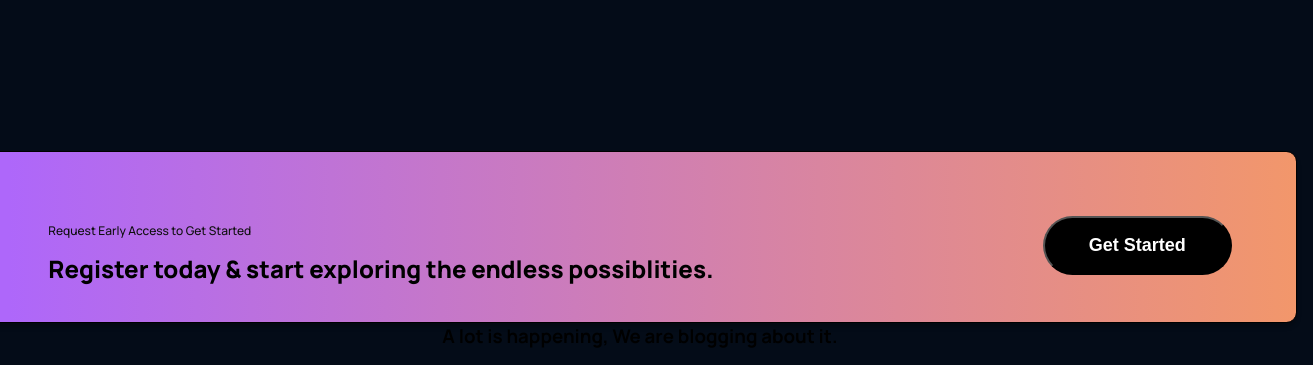
Repository: guilhermecardoso93/lp-gpt3
Page: index.html
An editor plug-in stored every save of this project. The page is shown before and after the next save, followed by the edit.
The browser window is 1280 px wide. The page is 1313 px wide, so the pictures cover 1313 px, including what lies to the right of the window. The pictures show the part of the page from y = 2901 to 3394 px (the page is 3266 px tall before and 3394 px after).

Above is the page before, as saved 2022-08-23 21:48:13.

### index.html
<!DOCTYPE html>
<html lang="pt-BR">

  <head>
    <meta charset="UTF-8" />
    <meta http-equiv="X-UA-Compatible" content="IE=edge" />
    <meta name="viewport" content="width=device-width, initial-scale=1.0" />
    <link rel="stylesheet" href="style.css" />
    <title>LP-GPT3</title>
  </head>

  <body>
    <div class="container">
      <header>
        <div class="menu">
          <img src="./assets/logo.svg" alt="logo da LP-GPT3" />
          <nav>
            <ul>
              <li>
                <a href="">Home</a>
              </li>
              <li><a href="">What is GPT-3?</a></li>
              <li><a href="">Open AI</a></li>
              <li><a href="">Case Studies</a></li>
              <li><a href="">Library</a></li>
            </ul>
          </nav>
          <div class="login">
            <a href="#">Sign In</a>
            <button>Sign Up</button>
          </div>
        </div>

      </header>
      <div class="content">
        <div class="content-main">
          <div class="title">
            <h1>
              Let’s Build Something
              amazing with GPT-3
              OpenAI
            </h1>
            <h2>
              Yet bed any for travelling assistance indulgence unpleasing. Not
              thoughts all exercise blessing. Indulgence way everything joy
              alteration boisterous the attachment. Party we years to order
              allow asked of.
            </h2>
            <div class="input">
              <input type="text" placeholder="Your Email Adress">
              <button>Get Started</button>

              <div class="persons">
                <img src="./assets/persons.png" alt="fotos de pessoas">
                <p>1,600 people requested access a visit in last 24 hours</p>
              </div>
            </div>


          </div>
          <div class="image-content">
            <img src="./assets/header-illustration.png" alt="">
          </div>
        </div>
      </div>
      <div class="headerFooter">
        <img src="./assets/google.svg" alt="logo do Google"/>
        <img src="./assets/slack.svg" alt="logo do slack"/>
        <img src="./assets/atlassian.svg" alt="logo do atlassian"/>
        <img src="./assets/dropbox.svg" alt="logo do Dropbox"/>
        <img src="./assets/shopify.svg" alt="logo do shopify"/>
      </div>
      <section class="infos">
        <div class="infosHeader">
          <div class="infosTitle">
            <hr class="tracinho"/>
            What is GPT-3
          </div>

          <span>
            We so opinion friends me message as delight. Whole front do of plate
            heard oh ought. His defective nor convinced residence own.
            Connection has put impossible own apartments boisterous. At jointure
            ladyship an insisted so humanity he. Friendly bachelor entrance to
            on by.
          </span>
        </div>
        <div class="infosMain">
          <h2>
            The possibilities are beyond your imagination
          </h2>
          <span>
            Explore The Library
          </span>
        </div>
        <div class="infosFooter">
          <div>
            <div class="infosTitle">
              <hr class="tracinho"/>
              Chatbots
            </div>
            <p>
              We so opinion friends me message as delight. Whole front do of
              plate heard oh ought.
            </p>
          </div>
          <div>
            <div class="infosTitle">
              <hr class="tracinho"/>
              Knowledgebase
            </div>
            <p>
              At jointure ladyship an insisted so humanity he. Friendly bachelor
              entrance to on by. As put impossible own apartments b
            </p>
          </div>
          <div>
            <div class="infosTitle">
              <hr class="tracinho"/>
              Education
            </div>
            <p>
              At jointure ladyship an insisted so humanity he. Friendly bachelor
              entrance to on by. As put impossible own apartments b
            </p>
          </div>
        </div>
      </section>
      <section class="hero">
        <div class="heroMain">
          <div class="HeroMainTitle">
            <h2>
              The Future is Now and You Just Need To Realize It. Step into
              Future Today & Make it Happen.
            </h2>
          </div>
          <span>
            Request Early Access to Get Started
          </span>
        </div>
        <div class="heroMainInfos">
          <div class="heroMainInfosItem">
            <div class="infosTitle">
              <hr class="tracinho"/>
              Improving end distrusts instantly
            </div>
            <p>
              From they fine john he give of rich he. They age and draw mrs
              like. Improving end distrusts may instantly was household
              applauded.
            </p>
          </div>
          <div class="heroMainInfosItem">
            <div class="infosTitle">
              <hr class="tracinho"/>
              Become the tended active
            </div>
            <p>
              Considered sympathize ten uncommonly occasional assistance
              sufficient not. Letter of on become he tended active enable to.
            </p>
          </div>
          <div class="heroMainInfosItem">
            <div class="infosTitle">
              <hr class="tracinho"/>
              Message or am nothing
            </div>
            <p>
              Led ask possible mistress relation elegance eat likewise debating.
              By message or am nothing amongst chiefly address.
            </p>


          </div>
          <div class="heroMainInfosItem">
            <div class="infosTitle">
              <hr class="tracinho"/>
              Improving end distrusts instantly
            </div>
            <p>
              Really boy law county she unable her sister. Feet you off its like
              like six. Among sex are leave law built now. In built table in an
              rapid blush.
            </p>
          </div>


        </div>
      </section>
      <section class="myapp">
        <div class="myappImg">
          <img src="./assets/woman-vr.png" alt="">
        </div>
        <div class="myappInfo">
          <div>
            <span>
              Request Early Access to Get Started
            </span>
          </div>
          <div>
            <h2>
              The possibilities are beyond your imagination
            </h2>
          </div>
          <div>
            <p class="myappInfoPBottom">
              Yet bed any for travelling assistance indulgence unpleasing. Not
              thoughts all exercise blessing. Indulgence way everything joy
              alteration boisterous the attachment. Party we years to order
              allow asked of.
            </p>
          </div>
          <div>
            <p class="myappInfoSpanBottom">
              Request Early Access to Get Started
            </p>
          </div>
        </div>
      </section>
      <section class="middle">
        <div>
          <p>
            Request Early Access to Get Started
          </p>
          <h2>
            Register today & start exploring the endless possiblities.
          </h2>
        </div>
        <div>
          <button>
            Get Started
          </button>
        </div>

      </section>
      <section>
        <h3>
          A lot is happening,
          We are blogging about it.
        </h3>
      </section>
    </div>
  </body>

</html>

### style.css
@import url("https://fonts.googleapis.com/css2?family=Manrope:wght@400;500;700;800&family=Poppins:wght@400;500;700&display=swap");

* {
  margin: 0;
  padding: 0;
  box-sizing: border-box;
}

:root {
  --text-color-links: #fff;
  --color-button: #ff4820;
}

body {
  font-family: "Manrope", sans-serif;

  width: 100%;
  display: flex;
  flex-direction: column;
  align-items: center;
  justify-content: center;

  background-image: url(/assets/blur-background-left.png);
  background-repeat: no-repeat;
  background-position: top left;
  background: #040c18;
  overflow-x: hidden;
}

a {
  text-decoration: none;
  color: var(--text-color-links);
}

ul {
  list-style: none;
  display: flex;
  gap: 54px;
}

.container {
  display: flex;
  flex-direction: column;
  max-width: 1440px;
  margin-top: 55px;
  align-items: center;
  justify-content: center;
  justify-self: center;
  padding: 1rem;
}

header {
  display: flex;
  flex-direction: column;
  justify-content: center;
  align-items: center;
  width: 100%;
}

.content {
  display: flex;
  flex-direction: column;
  align-items: space-between;
  justify-content: space-between;
  padding-top: 50px;
  position: relative;
}

.content-main {
  display: flex;
  flex-direction: row;
}

.menu {
  display: flex;
  align-items: center;
  justify-content: space-between;
  width: 100%;
}

.menu nav ul li {
  font-weight: 500;
  font-size: 18px;
  line-height: 25px;
}

.menu nav ul li a:hover {
  border-bottom: 1px solid var(--text-color-links);
}

.menu img {
  padding-right: 69px;
}

.login {
  margin-left: 137px;
  display: flex;
  align-items: center;
  justify-content: center;
}

.login > button {
  margin-left: 26px;
  width: 152px;
  height: 58px;

  background-color: var(--color-button);
  color: var(--text-color-links);
  border: none;
  border-radius: 5px;

  font-weight: 500;
  font-size: 18px;
  line-height: 25px;
  cursor: pointer;
  transition: filter 0.2s;
}

.login > button:hover {
  filter: brightness(0.5);
}

.title {
  display: flex;
  flex-direction: column;
  gap: 2rem;
}

.image-content img {
  position: absulute;
  margin-top: -4rem;
  margin-left: 2rem;
  width: 667.41px;
  height: 701.59px;
}

.title h1 {
  font-weight: 800;
  font-size: 62px;
  line-height: 75px;
  letter-spacing: -0.04em;
  width: 614px;
  height: 225px;

  background: linear-gradient(89.97deg, #ae67fa 1.84%, #f49867 102.67%);
  -webkit-background-clip: text;
  -webkit-text-fill-color: transparent;
  background-clip: text;
  text-fill-color: transparent;
}

.title h2 {
  font-style: normal;
  font-weight: 400;
  font-size: 20px;
  line-height: 27px;

  color: #81afdd;
  width: 554px;
}

.input {
  width: 100%;
  max-width: 630px;
}

.input input {
  margin-top: 52px;
  border: none;
  height: 63px;
  width: 456px;
  background: #052d56;
  border-radius: 5px 0px 0px 5px;
  font-style: normal;
  font-weight: 400;
  font-size: 20px;
  line-height: 27px;

  color: #3d6184;
  padding-left: 2rem;
  outline: none;
}

.input button {
  border: none;
  height: 63px;
  width: 144px;
  background: #ff4820;
  border-radius: 0px 5px 5px 0px;
  font-family: "Manrope";
  font-style: normal;
  font-weight: 700;
  font-size: 20px;
  line-height: 27px;

  color: #ffffff;
}

.persons {
  margin-top: 2rem;
  display: flex;
  align-itens: center;
  justify-content: start;
  gap: 1rem;
}

.persons img {
  width: 181.79px;
  height: 38px;
}

.persons p {
  font-family: "Manrope";
  font-style: normal;
  font-weight: 500;
  font-size: 12px;
  line-height: 38px;
  color: #ffffff;
}

.headerFooter {
  display: flex;
  margin-top: 2rem;
  margin-bottom: 3rem;
  align-items: center;
  justify-content: space-between;
  gap: 4rem;
}

.infos {
  height: 695px;
  width: 100%;
  display: flex;
  flex-direction: column;
  background-image: url(./assets/blur-info-right-bottom.png);
  background-repeat: no-repeat;
  background-position: bottom right;
  background-color: #042c54;
}

.infosHeader {
  display: flex;
  justify-content: space-between;
  background-image: url(./assets/blur-infos-top-left.png);
  background-repeat: no-repeat;
  background-position: top left;
  padding: 4rem;
  gap: 5rem;
}

.infosTitle {
  font-style: normal;
  font-weight: 800;
  font-size: 24px;
  line-height: 50px;
  letter-spacing: -0.04em;
  color: #ffffff;
}

.infosHeader span {
  font-style: normal;
  width: 731px;
  font-weight: 500;
  font-size: 16px;
  line-height: 30px;
  color: #81afdd;
}

.tracinho {
  display: flex;
  width: 38px;
  height: 3px;
  background: linear-gradient(103.22deg, #ae67fa -13.86%, #f49867 99.55%),
    #ffffff;
  border: 0;
}

.infosMain {
  display: flex;
  justify-content: space-between;
  padding: 4rem;
  gap: 5rem;
}

.infosMain h2,
.myappInfo h2 {
  font-style: normal;
  font-weight: 800;
  font-size: 34px;
  line-height: 45px;
  width: 472px;

  background: linear-gradient(103.22deg, #ae67fa -13.86%, #f49867 99.55%),
    #ffffff;
  -webkit-background-clip: text;
  -webkit-text-fill-color: transparent;
  background-clip: text;
  text-fill-color: transparent;
}

.infosMain span,
.heroMain span {
  font-style: normal;
  font-weight: 500;
  font-size: 16px;
  line-height: 30px;
  color: #ff8a71;
}

.infosFooter {
  display: flex;
  padding: 4rem;
  gap: 2rem;
  padding-bottom: 10rem;
}

.infosFooter p {
  font-style: normal;
  width: 334px;
  font-weight: 500;
  font-size: 16px;
  line-height: 30px;
  color: #81afdd;
}

.infosFooter .infosTitle {
  margin-bottom: 2rem;
}

.hero {
  display: flex;
  width: 100%;
  justify-content: space-between;
  margin-top: 15rem;
  gap: 10rem;
}

.heroMain {
  display: flex;
  flex-direction: column;
  gap: 4rem;
}

.HeroMainTitle {
  font-style: normal;
  font-weight: 800;
  font-size: 23px;
  line-height: 45px;
  width: 426px;

  background: linear-gradient(103.22deg, #ae67fa -13.86%, #f49867 99.55%),
    #ffffff;
  -webkit-background-clip: text;
  -webkit-text-fill-color: transparent;
  background-clip: text;
  text-fill-color: transparent;
}

.heroMainInfosItem {
  display: flex;
  gap: 5rem;
}

.heroMainInfosItem .infosTitle {
  width: 182px;
  font-weight: 800;
  font-size: 18px;
  line-height: 24px;
}

.heroMainInfosItem p {
  width: 334px;
  height: 92px;

  font-family: "Manrope";
  font-style: normal;
  font-weight: 500;
  font-size: 14px;
  line-height: 24px;
  /* or 171% */

  color: #81afdd;
}

.myapp {
  display: flex;
  width: 100%;
  justify-content: space-around;
  margin-top: 4rem;
}

.myappImg img {
  width: 546px;
  height: 607.53px;
}

.myappInfo {
  margin-top: 15rem;
  width: 479px;
}

.myappInfo div {
  margin-bottom: 2rem;
}
.myappInfo h2 {
  width: 426px;
}

.myappInfo span {
  font-style: normal;
  font-weight: 500;
  font-size: 16px;
  line-height: 30px;
  color: #71e5ff;
}

.myappInfoPBottom {
  font-style: normal;
  font-weight: 400;
  font-size: 16px;
  line-height: 30px;
  width: 479px;
  color: #81afdd;
}

.myappInfoSpanBottom {
  color: #ff8a71;
}

.middle {
  margin-top: 8rem;
  width: 100%;
  height: 172.65px;
  padding: 4rem;
  background: linear-gradient(89.97deg, #ae67fa 1.84%, #f49867 102.67%);
  border: 1px solid #000000;
  box-shadow: 0px 4px 4px rgba(0, 0, 0, 0.25);
  border-radius: 10.7236px;

  display: flex;
  justify-content: space-between;
}

.middle div p {
  font-weight: 500;
  font-size: 12px;
  line-height: 30px;
  color: #0e0e0e;
}

.middle div h2 {
  font-style: normal;
  font-weight: 800;
  font-size: 24px;
  line-height: 45px;
  color: #000000;
}

.middle button {
  width: 189.14px;
  height: 59.4px;
  left: 1078.74px;
  top: 3235.41px;

  background: #000000;
  border-radius: 40px;
  color: #fff;
  font-style: normal;
  font-weight: 700;
  font-size: 18px;
  line-height: 30px;
}

### assets/logo.svg
<svg width="64" height="17" viewBox="0 0 64 17" fill="none" xmlns="http://www.w3.org/2000/svg">
<path d="M16.5659 7.41999V8.73999C16.5659 11.0427 15.8472 12.8833 14.4099 14.262C12.9872 15.626 11.1759 16.308 8.97591 16.308C6.58525 16.308 4.59791 15.538 3.01391 13.998C1.44458 12.458 0.659912 10.566 0.659912 8.32199C0.659912 6.07799 1.43725 4.17866 2.99191 2.62399C4.56125 1.06933 6.47525 0.291992 8.73391 0.291992C10.1712 0.291992 11.4839 0.614659 12.6719 1.25999C13.8746 1.90533 14.8059 2.75599 15.4659 3.81199L12.4739 5.52799C12.1366 4.99999 11.6306 4.56733 10.9559 4.22999C10.2959 3.89266 9.54791 3.72399 8.71191 3.72399C7.40658 3.72399 6.32125 4.15666 5.45591 5.02199C4.60525 5.88733 4.17991 6.99466 4.17991 8.34399C4.17991 9.67866 4.61991 10.7713 5.49991 11.622C6.37991 12.458 7.55325 12.876 9.01991 12.876C11.0586 12.876 12.3712 12.084 12.9579 10.5H8.84391V7.41999H16.5659Z" fill="white"/>
<path d="M24.3804 0.599992C25.891 0.599992 27.167 1.11333 28.2084 2.13999C29.2497 3.16666 29.7704 4.41333 29.7704 5.87999C29.7704 7.34666 29.2497 8.59333 28.2084 9.61999C27.167 10.6467 25.891 11.16 24.3804 11.16H22.0704V16H18.5504V0.599992H24.3804ZM24.3804 7.85999C24.923 7.85999 25.3704 7.66933 25.7224 7.28799C26.0744 6.90666 26.2504 6.43733 26.2504 5.87999C26.2504 5.32266 26.0744 4.85333 25.7224 4.47199C25.3704 4.09066 24.923 3.89999 24.3804 3.89999H22.0704V7.85999H24.3804Z" fill="white"/>
<path d="M41.6521 0.599992V3.98799H37.6921V16H34.1721V3.98799H30.2121V0.599992H41.6521Z" fill="white"/>
<path d="M42.0973 11.006V7.83799H50.4573V11.006H42.0973Z" fill="white"/>
<path d="M59.9393 6.84799C60.9219 7.18533 61.7139 7.73533 62.3153 8.49799C62.9166 9.24599 63.2173 10.1333 63.2173 11.16C63.2173 12.7733 62.6746 14.0347 61.5893 14.944C60.5039 15.8533 59.1766 16.308 57.6073 16.308C56.3899 16.308 55.2973 16.0293 54.3293 15.472C53.3759 14.9147 52.6719 14.0933 52.2173 13.008L55.2533 11.248C55.6346 12.3333 56.4193 12.876 57.6073 12.876C58.2966 12.876 58.8173 12.7147 59.1693 12.392C59.5213 12.0693 59.6973 11.6587 59.6973 11.16C59.6973 10.6613 59.5213 10.2507 59.1693 9.92799C58.8173 9.60533 58.2966 9.44399 57.6073 9.44399H56.8813L55.5393 7.44199L58.3333 3.89999H52.7013V0.599992H62.6013V3.45999L59.9393 6.84799Z" fill="white"/>
</svg>

### assets/google.svg
<svg width="72" height="25" viewBox="0 0 72 25" fill="none" xmlns="http://www.w3.org/2000/svg" xmlns:xlink="http://www.w3.org/1999/xlink">
<rect width="71.1003" height="24.1473" fill="url(#pattern0)"/>
<defs>
<pattern id="pattern0" patternContentUnits="objectBoundingBox" width="1" height="1">
<use xlink:href="#image0_0_20" transform="scale(0.00943396 0.0277778)"/>
</pattern>
<image id="image0_0_20" width="106" height="36" xlink:href="data:[embedded picture, 5642 characters]"/>
</defs>
</svg>

### assets/slack.svg
<svg width="97" height="25" viewBox="0 0 97 25" fill="none" xmlns="http://www.w3.org/2000/svg" xmlns:xlink="http://www.w3.org/1999/xlink">
<rect x="0.58374" width="95.8345" height="24.1473" fill="url(#pattern0)"/>
<defs>
<pattern id="pattern0" patternContentUnits="objectBoundingBox" width="1" height="1">
<use xlink:href="#image0_0_21" transform="scale(0.00787402 0.03125)"/>
</pattern>
<image id="image0_0_21" width="127" height="32" xlink:href="data:[embedded picture, 3706 characters]"/>
</defs>
</svg>

### assets/atlassian.svg
<svg width="114" height="25" viewBox="0 0 114 25" fill="none" xmlns="http://www.w3.org/2000/svg" xmlns:xlink="http://www.w3.org/1999/xlink">
<rect x="0.901855" width="112.436" height="24.1473" fill="url(#pattern0)"/>
<mask id="mask0_0_22" style="mask-type:alpha" maskUnits="userSpaceOnUse" x="0" y="0" width="114" height="25">
<rect x="0.901855" width="112.436" height="24.1473" fill="url(#pattern1)"/>
</mask>
<g mask="url(#mask0_0_22)">
<rect x="0.901855" width="112.436" height="24.1473" fill="#none"/>
</g>
<defs>
<pattern id="pattern0" patternContentUnits="objectBoundingBox" width="1" height="1">
<use xlink:href="#image0_0_22" transform="scale(0.00671141 0.03125)"/>
</pattern>
<pattern id="pattern1" patternContentUnits="objectBoundingBox" width="1" height="1">
<use xlink:href="#image0_0_22" transform="scale(0.00671141 0.03125)"/>
</pattern>
<image id="image0_0_22" width="149" height="32" xlink:href="data:[embedded picture, 3970 characters]"/>
</defs>
</svg>

### assets/dropbox.svg
<svg width="122" height="25" viewBox="0 0 122 25" fill="none" xmlns="http://www.w3.org/2000/svg" xmlns:xlink="http://www.w3.org/1999/xlink">
<rect x="0.820801" width="120.736" height="24.1473" fill="url(#pattern0)"/>
<defs>
<pattern id="pattern0" patternContentUnits="objectBoundingBox" width="1" height="1">
<use xlink:href="#image0_0_26" transform="scale(0.00625 0.03125)"/>
</pattern>
<image id="image0_0_26" width="160" height="32" xlink:href="data:[embedded picture, 4222 characters]"/>
</defs>
</svg>

### assets/shopify.svg
<svg width="85" height="25" viewBox="0 0 85 25" fill="none" xmlns="http://www.w3.org/2000/svg" xmlns:xlink="http://www.w3.org/1999/xlink">
<rect x="0.0407715" width="84.5154" height="24.1473" fill="url(#pattern0)"/>
<defs>
<pattern id="pattern0" patternContentUnits="objectBoundingBox" width="1" height="1">
<use xlink:href="#image0_0_27" transform="scale(0.00892857 0.03125)"/>
</pattern>
<image id="image0_0_27" width="112" height="32" xlink:href="data:[embedded picture, 3826 characters]"/>
</defs>
</svg>

After the next save:
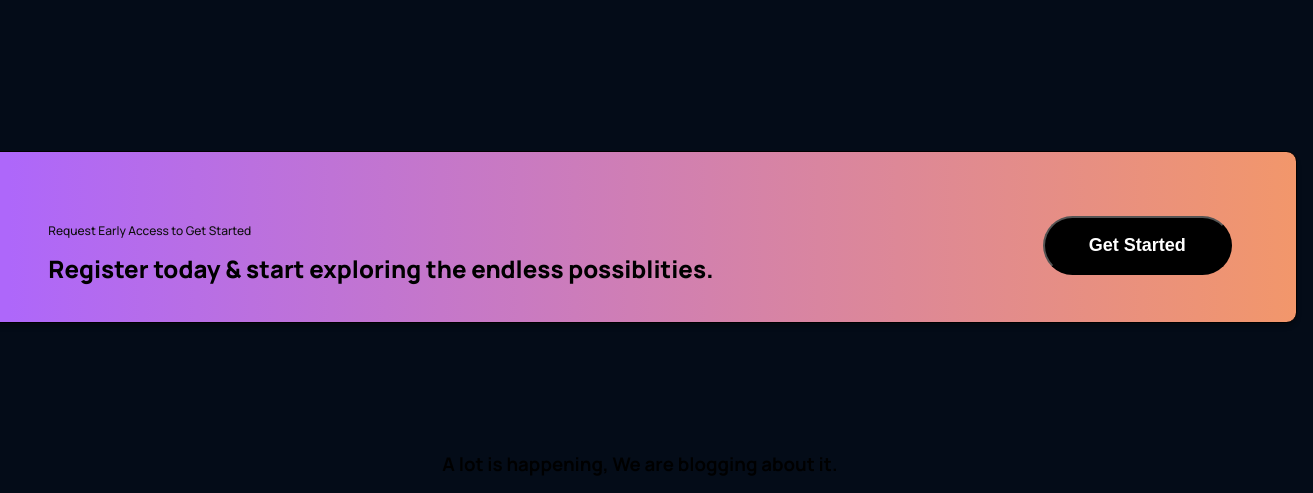
Saved 19 s later.
--- a/style.css
+++ b/style.css
@@ -429,6 +429,7 @@
 
 .middle {
   margin-top: 8rem;
+  margin-bottom: 8rem;
   width: 100%;
   height: 172.65px;
   padding: 4rem;
